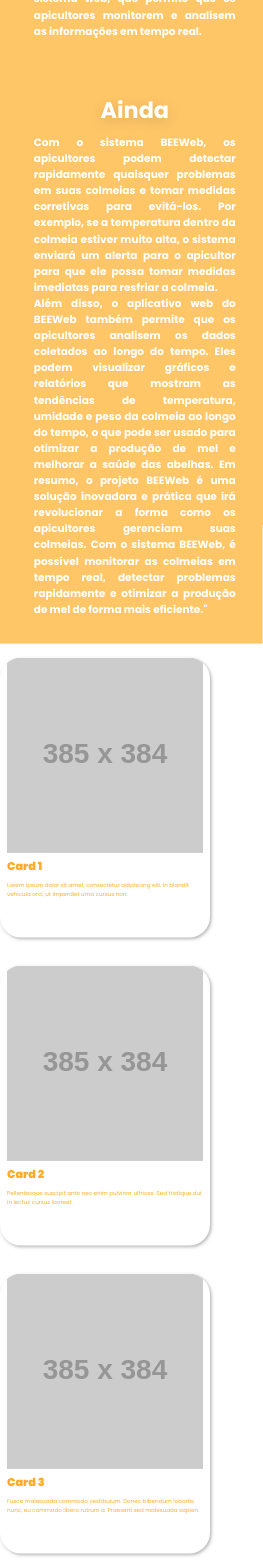
Repository: CCG-web/beeweb
Page: /
The author's editor kept a copy of each file at every save. The page is drawn from the files as they stood at one save, then again after the next save.
The browser window is 375 px wide. The pictures show the part of the page from y = 1428 to 3668 px (the page is 3668 px tall), at 70% of full size.
The project was rebuilt for these pictures with package versions that can differ from the ones it lists, and the page was loaded fresh each time.

Above is the page before, as saved 2023-05-04 15:09:59.

### public/index.html
<!DOCTYPE html>
<html lang="en">
  <head>
    <meta charset="utf-8" />
    <link rel="icon" href="%PUBLIC_URL%/favicon.ico" />
    <meta name="viewport" content="width=device-width, initial-scale=1" />
    <meta name="theme-color" content="#000000" />
    <meta
      name="description"
      content="Web site created using create-react-app"
    />
    <link rel="preconnect" href="https://fonts.googleapis.com">
<link rel="preconnect" href="https://fonts.gstatic.com" crossorigin>
<link href="https://fonts.googleapis.com/css2?family=Poppins:ital,wght@0,100;0,200;0,300;0,400;0,500;0,600;0,700;0,800;0,900;1,100;1,200;1,300;1,400;1,500;1,600;1,700;1,800;1,900&display=swap" rel="stylesheet">
    <link rel="apple-touch-icon" href="%PUBLIC_URL%/logo192.png" />
    <!--
      manifest.json provides metadata used when your web app is installed on a
      user's mobile device or desktop. See https://developers.google.com/web/fundamentals/web-app-manifest/
    -->
    <link rel="manifest" href="%PUBLIC_URL%/manifest.json" />
    <!--
      Notice the use of %PUBLIC_URL% in the tags above.
      It will be replaced with the URL of the `public` folder during the build.
      Only files inside the `public` folder can be referenced from the HTML.

      Unlike "/favicon.ico" or "favicon.ico", "%PUBLIC_URL%/favicon.ico" will
      work correctly both with client-side routing and a non-root public URL.
      Learn how to configure a non-root public URL by running `npm run build`.
    -->
    <title>BeeWeb</title>
  </head>
  <body>
    <noscript>You need to enable JavaScript to run this app.</noscript>
    <div id="root"></div>
    <!--
      This HTML file is a template.
      If you open it directly in the browser, you will see an empty page.

      You can add webfonts, meta tags, or analytics to this file.
      The build step will place the bundled scripts into the <body> tag.

      To begin the development, run `npm start` or `yarn start`.
      To create a production bundle, use `npm run build` or `yarn build`.
    -->
  </body>
</html>

### src/index.css
*{
   margin: 0;
   padding: 0;
   box-sizing: border-box;
}

### src/App.js
import Navbar from "./components/Navbar";
import Home from "./components/Home.jsx"
import Sobre from "./components/Sobre";
import Cards from "./components/Cards";
import './App.css'
function App() {
  return (
    <div>
      <Navbar/>
    <Home/>
    <Sobre/>




    <div className='cardContainer'>




    <Cards
        image="https://via.placeholder.com/385x384.png?text=Image+1"
        alt="Image 1"
        title="Card 1"
        description="Lorem ipsum dolor sit amet, consectetur adipiscing elit. In blandit vehicula orci, ut imperdiet urna cursus non."
        />
      <Cards
        image="https://via.placeholder.com/385x384.png?text=Image+2"
        alt="Image 2"
        title="Card 2"
        description="Pellentesque suscipit ante nec enim pulvinar ultrices. Sed tristique dui in lectus cursus laoreet. "
        />
      <Cards
        image="https://via.placeholder.com/385x384.png?text=Image+3"
        alt="Image 3"
        title="Card 3"
        description="Fusce malesuada commodo vestibulum. Donec bibendum lobortis nunc, eu commodo libero rutrum a. Praesent sed malesuada sapien."
        />
  </div>

       </div>





  );
}

export default App;

### src/components/Navbar.jsx

import React, { useState, useEffect } from 'react'
import logoBee from "../assets/logoBEE.svg"
import { Divide as Hamburger } from 'hamburger-react'
import './Navbar.css'
const Navbar = () => {
  const [toggleMenu, setToggleMenu] = useState(false)
  const [screenWidth, setScreenWidth] = useState(window.innerWidth)

  const toggleNav = () => {

    setToggleMenu(!toggleMenu)
  }
  useEffect(() => {

    const changeWidth = () => {
      setScreenWidth(window.innerWidth);
    }

    window.addEventListener('resize', changeWidth)
    return () => {
      window.removeEventListener('resize', changeWidth)
    }
  }, [])

  return (



    <nav>

      {(toggleMenu || screenWidth > 1000) && (
        <ul className="list">


          <li className="items">Home</li>
          <li className="items">Sobre nós</li>
          <li className="items">Uso</li>
          <li className="items">Contato</li>

        </ul>
      )

      }


       <img src={logoBee} alt="" />

      <button onClick={toggleNav} className='btn'><Hamburger/></button>
    </nav>

  )
}

export default Navbar

### src/components/Home.jsx


import './Home.css'
const Home = () => {
    return (
        <section className='containerHome'>
            <div >

                <h1>BeeWeb</h1>

                <p>BEEWeb é um projeto inovador que tem como objetivo ajudar os apicultores <br/> a monitorar
                    suas colmeias de abelhas de forma mais eficiente.  </p>

                <button className='btnProjeto'>Projeto</button>
            </div>
        </section>
    )
}

export default Home

### src/components/Sobre.jsx
import React from 'react'

import './Sobre.css'

const Sobre = () => {
    return (
        <section className='ContainerSobre'  >
            <div className='itens'>

                <div className='texto first'>

                <h1>Sobre nós</h1>

                    <p>BEEWeb é um projeto inovador que tem como objetivo ajudar os apicultores a monitorar suas colmeias de abelhas de forma mais eficiente. Desenvolvido por Bolsistas/alunos com auxílio de professores do IFCE, em uma parceria com o Centro de Inovação e Difusão de Tecnologias para o Semiárido (CIDTS). O projeto BEEWeb utiliza uma combinação de dispositivos eletrônicos e tecnologia web para fornecer informações valiosas sobre as colmeias. <br />

                        O sistema BEEWeb é composto por dois principais componentes: sensores e um sistema web. Os sensores são instalados dentro e fora das colmeias para capturar dados em tempo real, como temperatura, umidade e peso das colmeias. Esses dados são então transmitidos para o sistema web, que permite que os apicultores monitorem e analisem as informações em tempo real.
                    </p>
                </div>

            </div>
            <div className='itens two' >
                <div className='texto secord' >
                <h1>Ainda</h1>

                    <p>Com o sistema BEEWeb, os apicultores podem detectar rapidamente quaisquer problemas em suas colmeias e tomar medidas corretivas para evitá-los. Por exemplo, se a temperatura dentro da colmeia estiver muito alta, o sistema enviará um alerta para o apicultor para que ele possa tomar medidas imediatas para resfriar a colmeia. <br />

                        Além disso, o aplicativo web do BEEWeb também permite que os apicultores analisem os dados coletados ao longo do tempo. Eles podem visualizar gráficos e relatórios que mostram as tendências de temperatura, umidade e peso da colmeia ao longo do tempo, o que pode ser usado para otimizar a produção de mel e melhorar a saúde das abelhas.

                        Em resumo, o projeto BEEWeb é uma solução inovadora e prática que irá revolucionar a forma como os apicultores gerenciam suas colmeias. Com o sistema BEEWeb, é possível monitorar as colmeias em tempo real, detectar problemas rapidamente e otimizar a produção de mel de forma mais eficiente."
                    </p>
                </div>
            </div>
        </section>
    )
}

export default Sobre

### src/components/Cards.jsx
import React from 'react'
import './Cards.css'
function Cards(props) {
    return (



   <div className="card">
        <img src={props.image} alt={props.alt} />
        <div className="card-content">
          <h3>{props.title}</h3>
          <p className='description'>{props.description}</p>
        </div>
      </div>






    );
  }

export default Cards

### src/App.css
.cardContainer {
    display: flex;
    justify-content: center;

}

@media screen and (max-width: 567px) {
    .cardContainer {
        display: block;
        justify-content: center;
        margin-left: auto;
        padding: auto;
    }

    .card {
        width: 300px;
        height: 400px;
        margin-left: auto;

    }
    img{
        width: 50px;
    }
}

### src/components/Navbar.css
nav {
    font-family: 'Poppins', sans-serif;
    font-size: 20px;
    font-weight: 300;

    position: relative;
    top: 0;
    width: 100%;
    height: 200px;
    background-color: #ffad26;
    color: white;
}


img{
    position: absolute;
    left: 10px;
    top: -10px;
    width: 386px;
    height: 233px;

}
.list {
    list-style-type: none;
    background: #ffad26;
    height: 100%;
    display: flex;
    justify-content:flex-end;
    align-items: center;
    position: relative;
}

.items {
    margin-right: 75px;
    font-size: 20px;
    color: white;
    cursor: pointer;
    transition: color 0.3s ease, transform 0.3s ease;
  }

  .items:hover {
    color: black;
    transform: translateX(-5px) rotate(-5deg);
  }

.items {
    margin-right: 75px;
    font-size: 20px;

    color: white;
    cursor: pointer;
}

.btn {
    border: none;
    display: none;
    position: absolute;
    background-color:#ffad26;
    right: 10px;
    top: 20px;
    padding: 5px;
    color: white;
    font-size: 20px;
}

@media screen and (max-width: 1000px) {
    .list {
        flex-direction: column;
        height: auto;
    }
    img{
        position: absolute;
        left: 10px;
        top:0px;
        width: 155.6px;
        height: 93.2px;

    }
    nav{
        height: 100px;
    }
    .items:nth-child(1) {

        margin-top: 100px;
    }

    .items {
        border-top: 1px solid rgb(255, 249, 249);
        width: 100%;
        text-align: center;
        margin-right: 0px;
        padding: 20px 0;
    }

    .btn {
        display: block;
    }
}

### src/components/Home.css
section {
    width: 100%;
    margin-top: 200px;
    display: flex;
    justify-content: center;
    text-align: center;
}

h1 {
    font-family: 'Poppins', sans-serif;
    font-size: 96px;
    font-style: mixed;
    color: #4F4F4F;
}

p {
    font-family: 'Poppins', sans-serif;
    font-style: normal;
    font-size: 18px;
    color: #4F4F4F;
}

.btnProjeto {
    cursor: pointer;
    margin: 10px;
    font-size: 24px;
    background-color: #FFAD26;
    width: 280px;
    height: 86px;
    color: #FFFF;
    border: none;
    border-radius: 71px;
    transition: transform 0.4s ease-in-out, background-color 0.4s ease-in-out;
  }

  .btnProjeto:hover {
    background-color: #E76F00;
    transform: scale(1.05);
  }

  .btnProjeto:active {
    background-color: #FFC940;
    transform: scale(0.95);
  }



@media screen and (max-width: 1000px) {

    section {
        margin-top: 300px;
    }

    h1 {
        font-size: 48px;
    }



    .btnProjeto {
        width: 140px;
        height: 43px;
        font-size: 12px;
    }
}


@media screen and (max-width: 400px) {
    h1 {
        font-size: 30px;
    }
    p {
        font-size: 8px;
    }

    .btnProjeto {
        width: 70px;
        height: 21.5px;
    }

}

### src/components/Sobre.css
.ContainerSobre {
    justify-content: center;
    width: 100%;
    height: 850px;
    background-color: #FFC668;
    padding-left: 10px;


}

.itens>p {
    display: flex;
    text-align: right;
}

.texto>h1 {
    text-shadow: 0px 4px 20px rgba(0, 0, 0, 0.15);
    margin-top: 15px;
    color: white;
    font-size: 64px;
}

.texto {
    font-style: normal;
    font-weight: 700;
    margin: 5%;
    padding: 5%;
}

.first {
    text-align: left;
}

.secord {
    margin-top: 10%;
    text-align: right;


}


.texto>p {

    font-size: 18px;
    font-weight: bold;
    color: white;



}

.itens {
    width: 50%;
}

.ContainerSobre {
    background-size: auto;

}


@media screen and (max-width: 1000px) {
    .itens {
        width: 100%;
    }

    .ContainerSobre {
        background: none;
        background-color: #FFC668;
        display: flex;
        flex-direction: column;
        height: 100%;

    }

    .texto>h1 {
        text-align: center;
        font-size: 32px;
        margin: 10px;
    }

    .texto {
        text-align: justify;
        margin-top: 10px;
        padding: 20px;

        height: 100%
    }

    .texto>p {
        font-size: 15px;
    }
}

### src/components/Cards.css
.card {

  width: 300px;
  height: 504px;
  margin: 20px;
  border-radius: 30px;
  box-shadow: 2px 2px 5px rgba(0, 0, 0, 0.3);
  display: inline-block;
  vertical-align: top;
  overflow: hidden;
  position: relative;
  transition: transform 0.3s ease-in-out;


}

.card img {
  width: calc(100% - 20px);
  height: auto;
}

.card:hover {
  transform: scale(1.05);
  z-index: 1;
  box-shadow: 2px 2px 10px rgba(0, 0, 0, 0.5);
}

h3 {
  margin: 10px;
  font-family: 'Poppins', sans-serif;
  font-style: normal;
  font-weight: 900;
  font-size: 16px;
  margin-top: 95%;
  color: #FFAD26;
}
.description{
  margin: 10px;
  color: #FFAD26;
}
.card:hover:after {
  content: "";
  display: block;
  position: absolute;
  top: 0;
  left: 0;
  width: 100%;
  height: 100%;
  z-index: -1;
}

Loaded but not shown: src/index.js (common file)

After the next save:
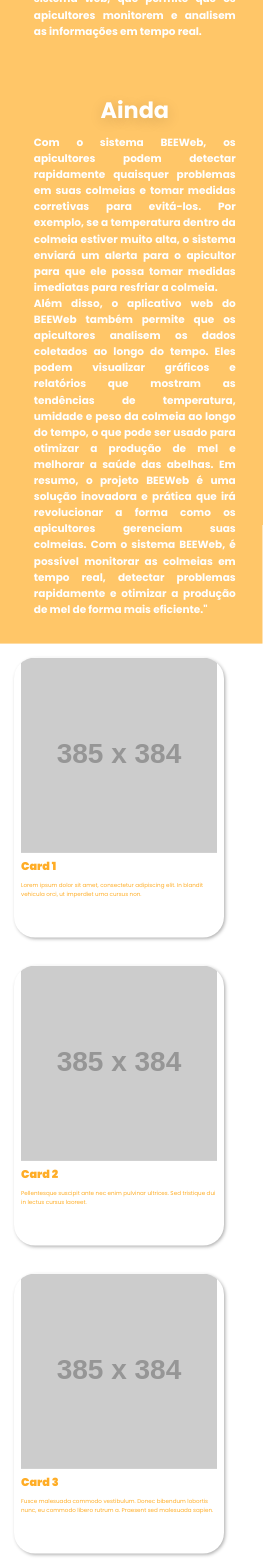
Saved 9 s later.
--- a/src/App.css
+++ b/src/App.css
@@ -15,7 +15,7 @@
     .card {
         width: 300px;
         height: 400px;
-        margin-left: auto;
+        margin-right: auto;
 
     }
     img{
